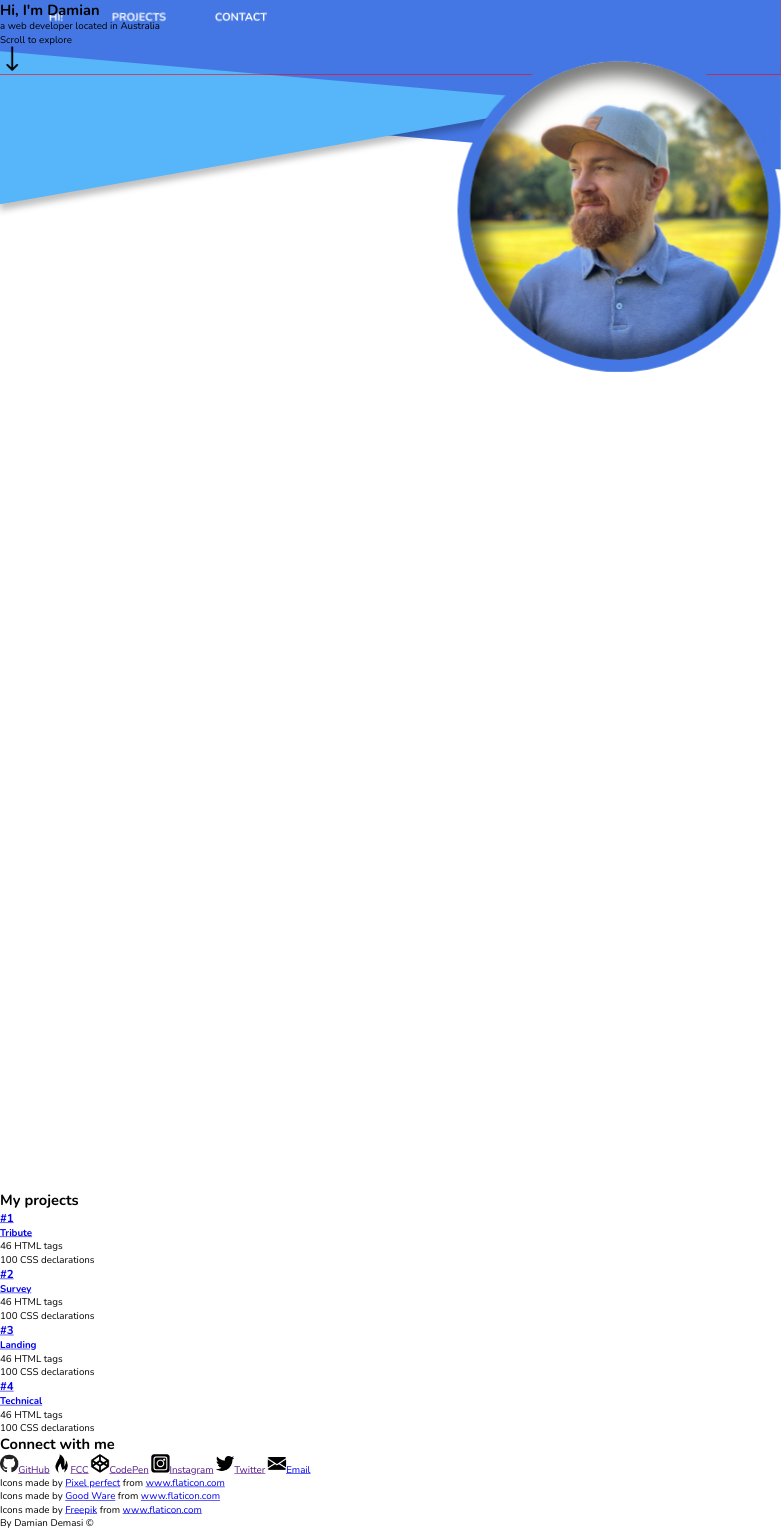
Repository: Colo-Codes/freecodecamp-05-Personal-Portfolio-Webpage
Page: index.html
The author's editor kept a copy of each file at every save. The page is drawn from the files as they stood at one save, then again after the next save.
The browser window is 1280 px wide. The pictures show the whole page, at 61% of full size.

Above is the page before, as saved 2021-06-03 12:48:21.

After the next save:
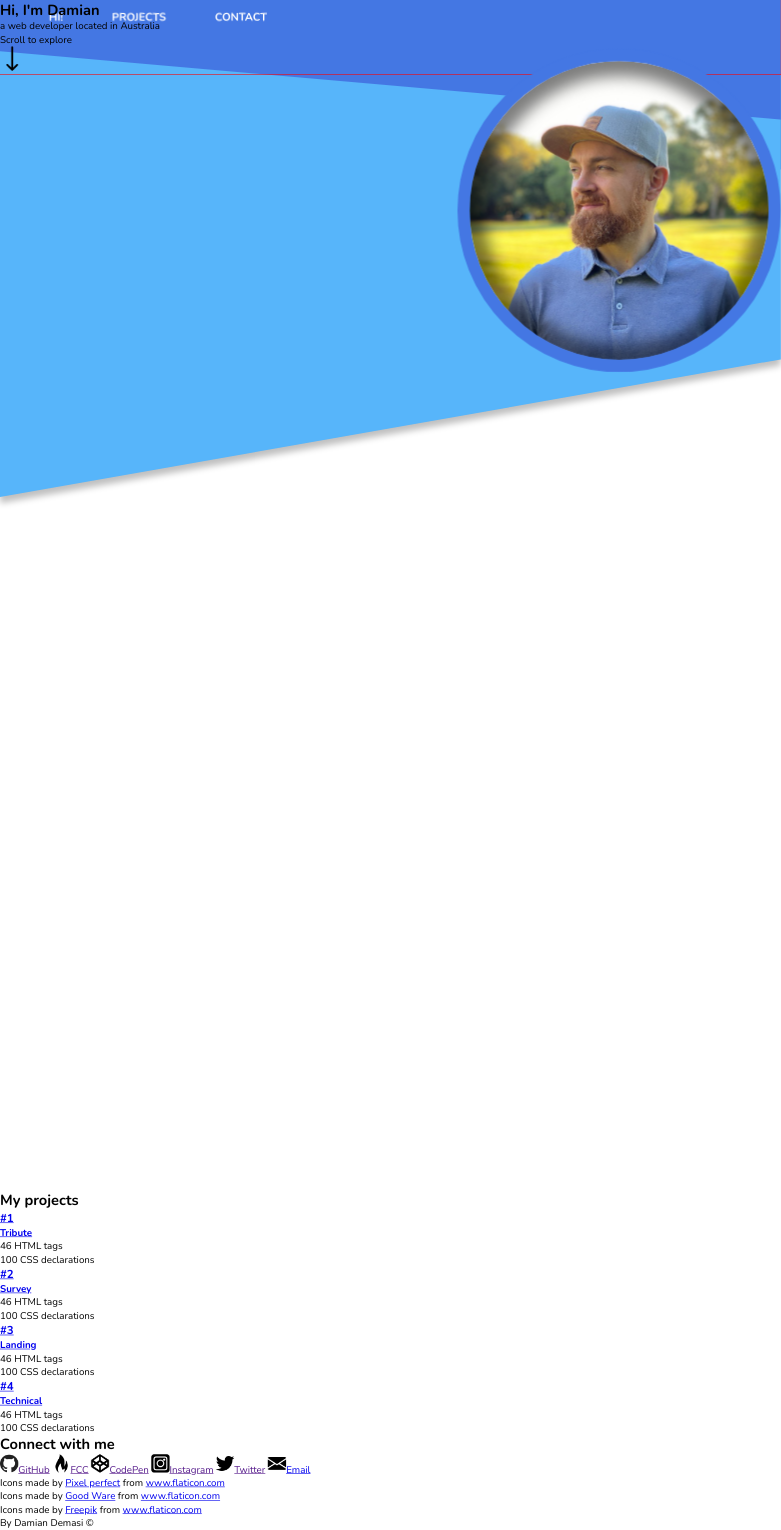
Saved 24 s later.
--- a/css/index.css
+++ b/css/index.css
@@ -56,7 +56,6 @@ body {
 #welcome-section-container {
     /* 1440px = 90rem */
     max-width: 90rem;
-    /* height: 40rem; */
     position: relative;
     margin: auto;
     outline: 1px solid red;
@@ -85,7 +84,7 @@ body {
     /* 1rem = 16px -> 60.31rem = 865px + 100px */
     height: 60.31rem;
     width: 100%;
-    transform: skewY(-10deg) translateY( -54.06rem );
+    transform: skewY(-10deg) translateY( -24.06rem );
     box-shadow: 0px 10px 10px rgba(0, 0, 0, 0.25);
     position: relative;
     z-index: 2;
